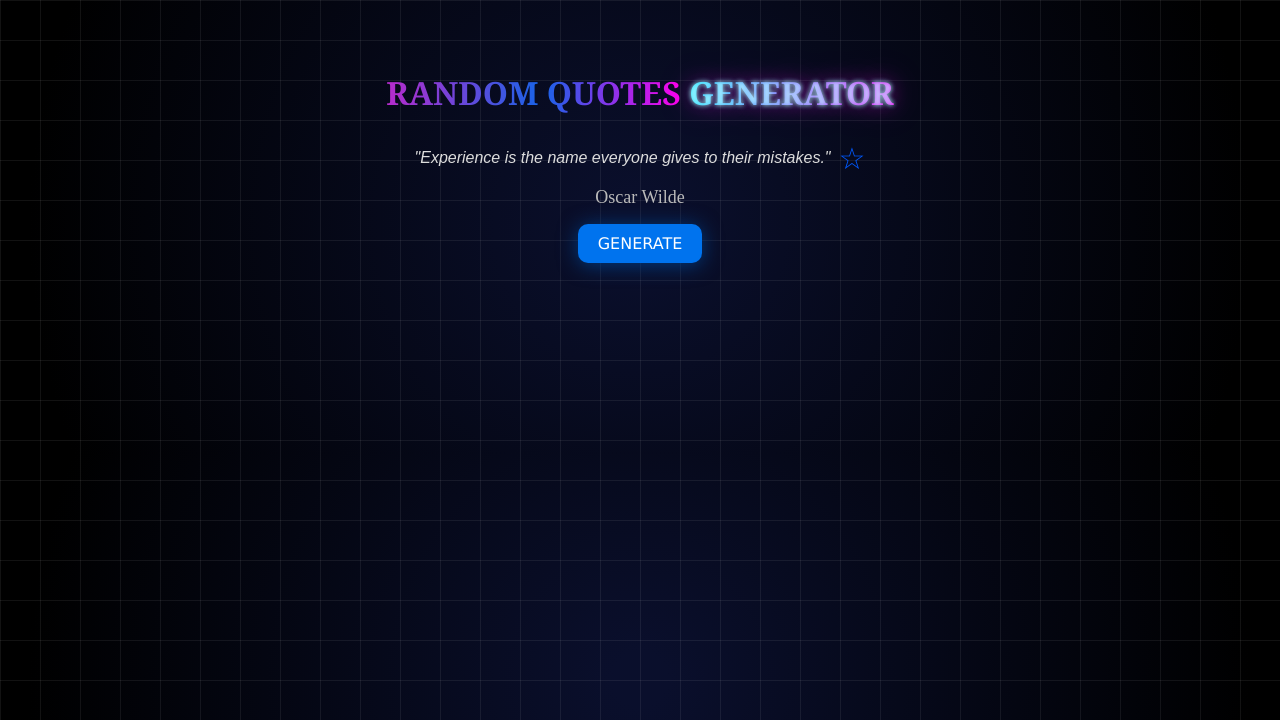
Repository: Adel-la/random-quotes
Page: index.html
An editor plug-in stored every save of this project. The page is shown before and after the next save, followed by the edit.
The browser window is 1280 px wide. The pictures show the whole page.

Above is the page before, as saved 2025-06-26 23:20:47.

After the next save:
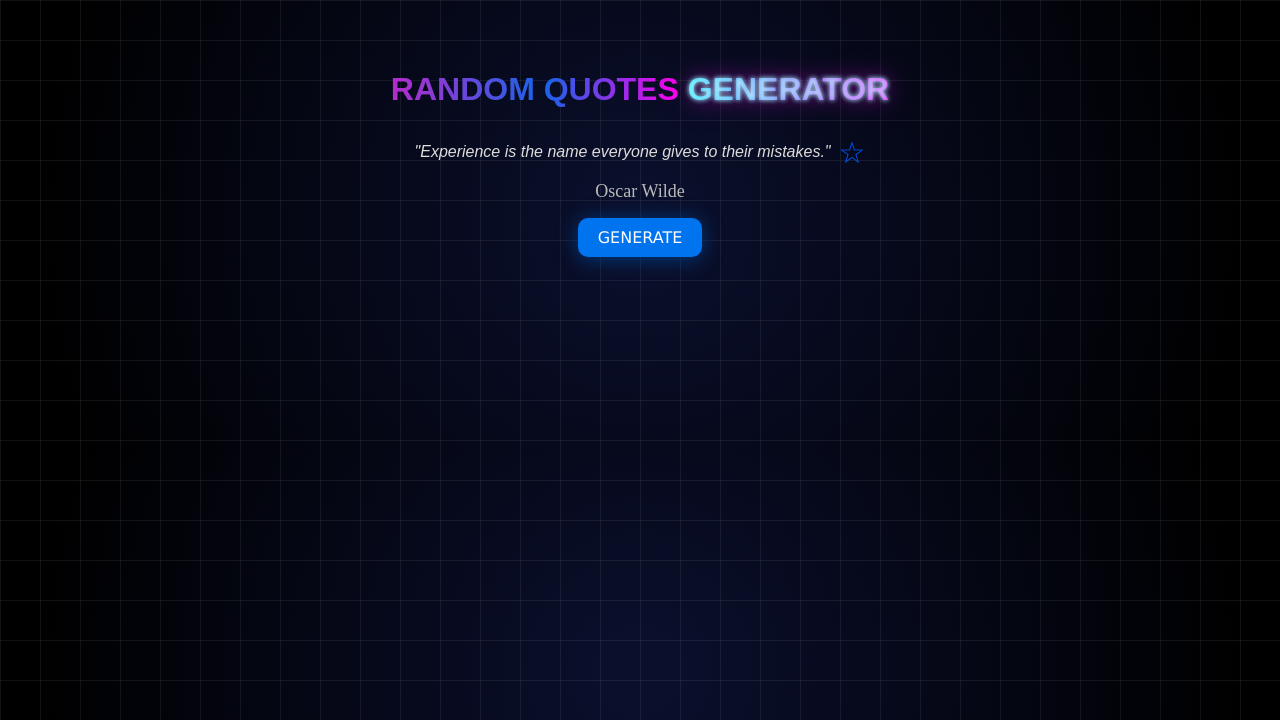
Saved 3 min 46 s later.
--- a/styles.css
+++ b/styles.css
@@ -197,5 +197,5 @@ body::before {
 }
 
 .h1-title{
-  font-family:Georgia, 'Times New Roman', Times, serif;
-}
+  font-family;
+}
